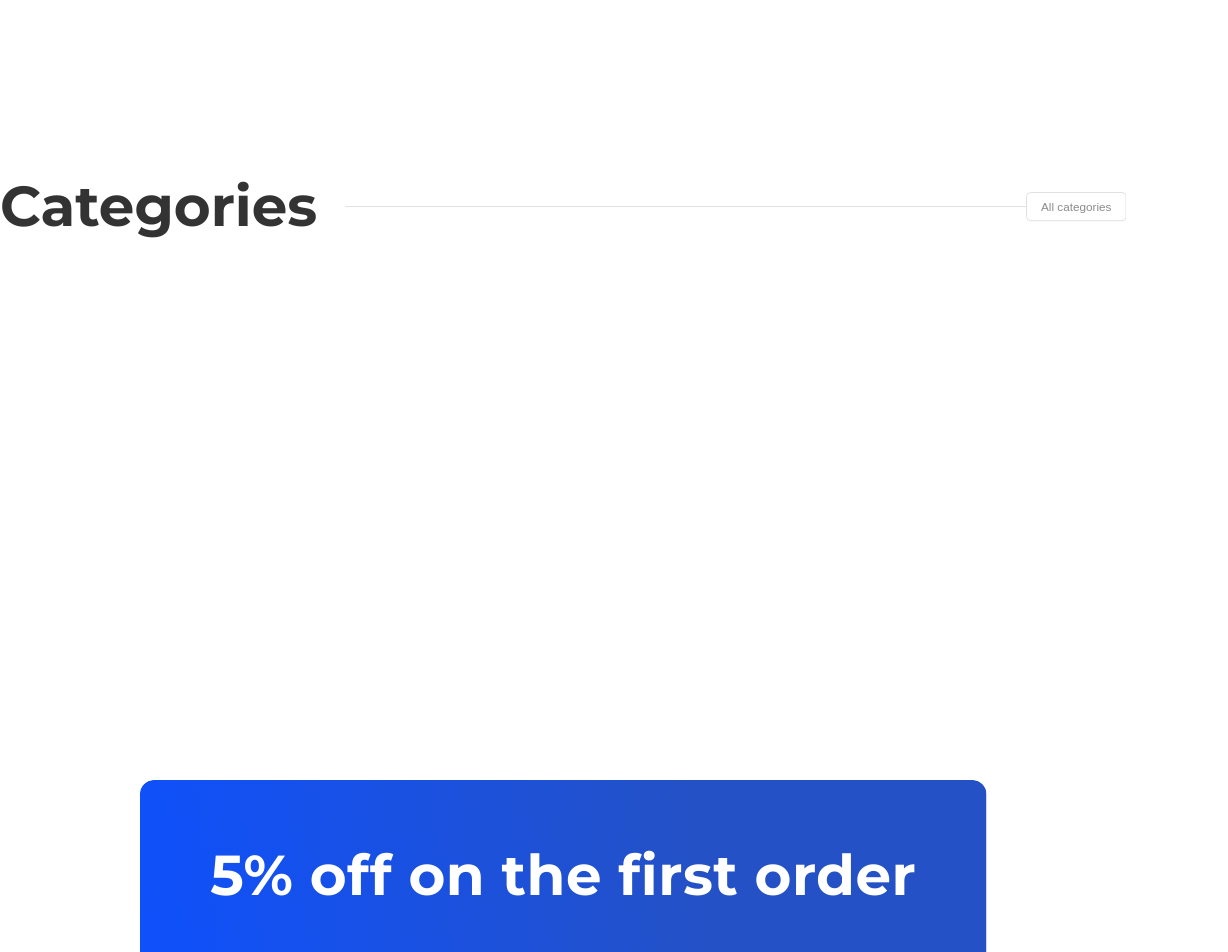
Repository: jursylian/PET-INTERNET-SHOP-PROJECT
Page: /
The author's editor kept a copy of each file at every save. The page is drawn from the files as they stood at one save, then again after the next save.
The browser window is 1280 px wide. The page is 1280 px wide, then 1395 px, so the pictures cover 1395 px, including what lies to the right of the window. The pictures show the part of the page from y = 648 to 1730 px (the page is 3881 px tall before and 4076 px after), at 88% of full size.
Pictures or frames that could not be fetched are drawn as grey boxes. The page's requests for data from a server got no answer. The project was rebuilt for these pictures with package versions that can differ from the ones it lists, and the page was loaded fresh each time. No one was signed in, and anything a server would have sent is missing. Also part of the build but not shown: vite.config.js, src/pages/CategoriesAll/CategoriesAll.module.css, src/layouts/PageSection/PageSection.module.css, src/layouts/PageSection/PageSection.jsx, src/pages/CategoriesAll/CategoriesAll.jsx, src/redux/productsSelectors.js, src/components/ProductFilter/ProductFilter.module.css, src/components/ProductFilter/ProductFilter.jsx and 22 more.

Above is the page before, as saved 2025-11-06 18:31:52.

After the next save:
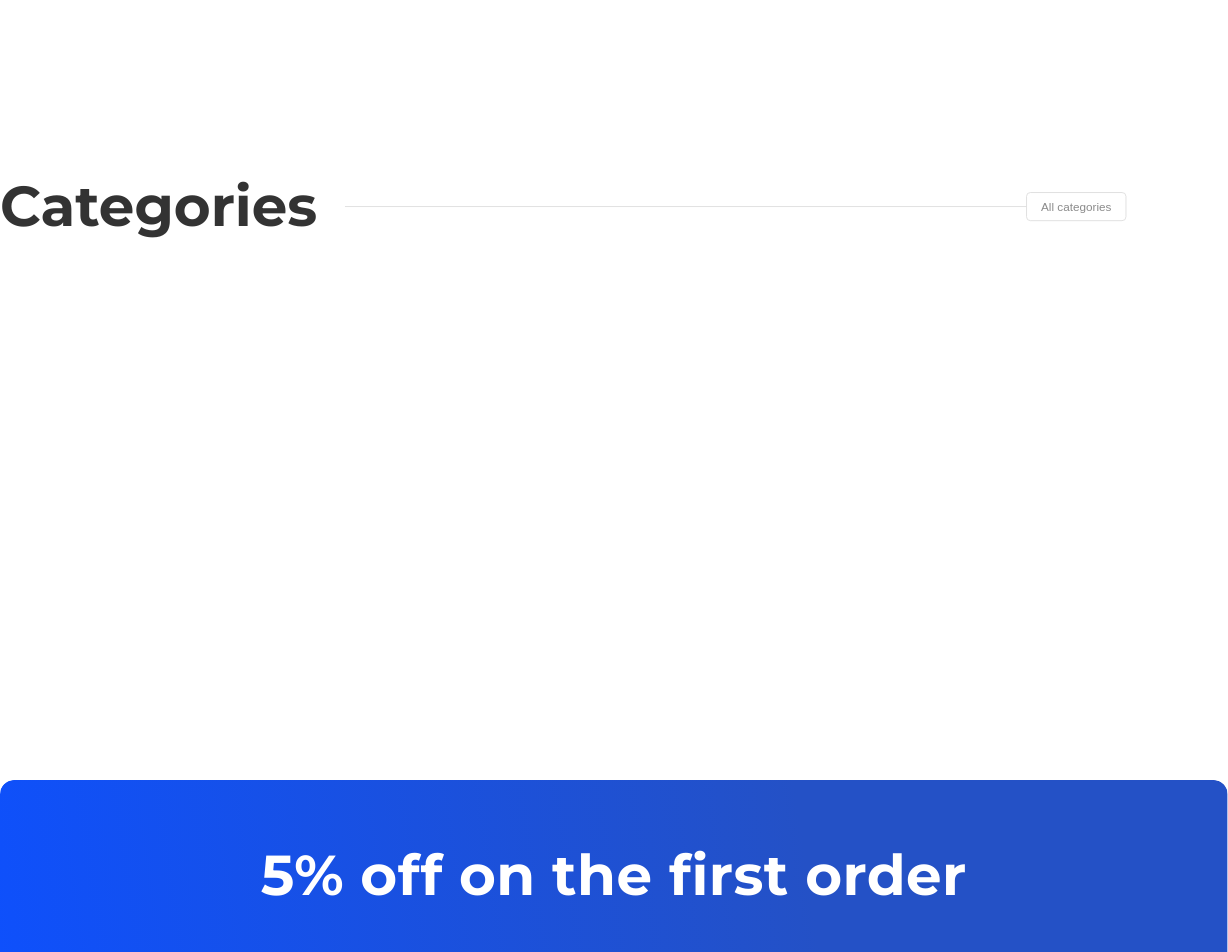
Saved 75 s later.
--- a/src/components/DiscountForm/DiscountForm.module.css
+++ b/src/components/DiscountForm/DiscountForm.module.css
@@ -1,5 +1,5 @@
 .wrapper {
-  max-width: 1395px;
+  width: 1395px;
   margin: 60px auto;
   border-radius: 16px;
   overflow: hidden;
